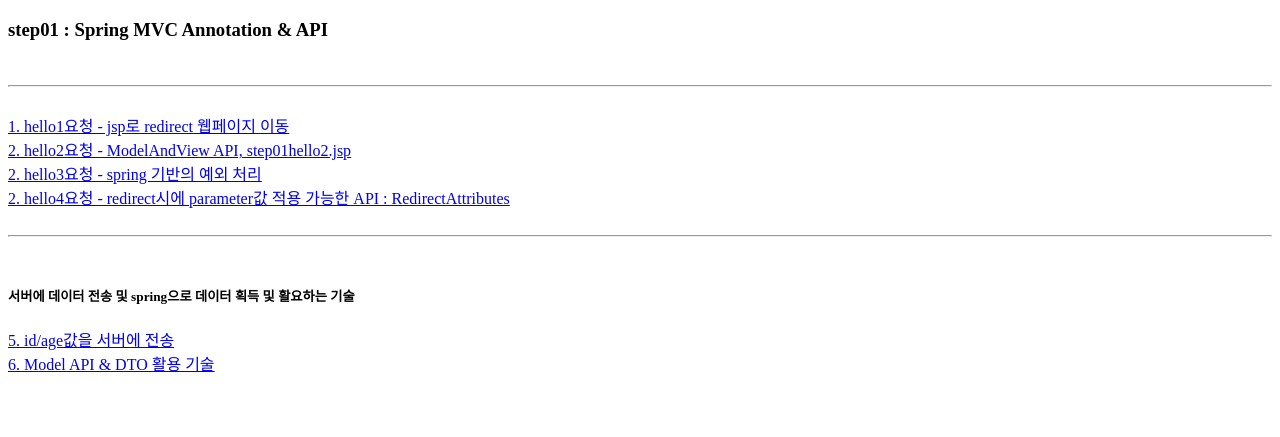
Repository: Encore-Playdata-Course/Spring
Page: step09_SpringMVC/WebContent/step01.html
An editor plug-in stored every save of this project. The page is shown before and after the next save, followed by the edit.
The browser window is 1280 px wide. The pictures show the whole page.

Above is the page before, as saved 2021-01-29 05:30:12.

After the next save:
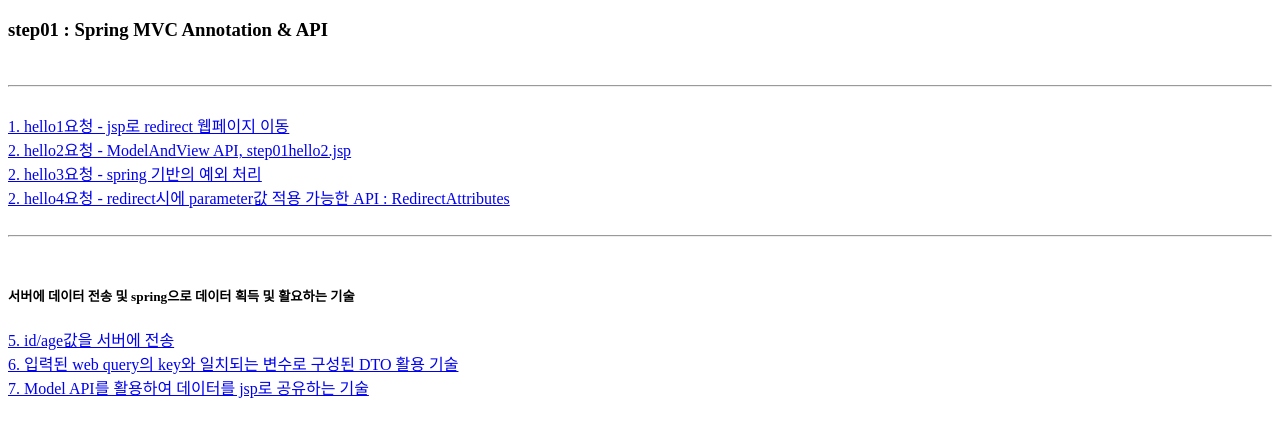
Saved 2 min 53 s later.
--- a/step09_SpringMVC/WebContent/step01.html
+++ b/step09_SpringMVC/WebContent/step01.html
@@ -24,6 +24,7 @@ a {
 	<br><hr><br>
 	<h5>서버에 데이터 전송 및 spring으로 데이터 획득 및 활요하는 기술</h5>
 	<a href="hello5?id=tester&age=10">5. id/age값을 서버에 전송</a> <br>
-	<a href="hello6?id=tester&age=100">6. Model API & DTO 활용 기술</a> <br>
+	<a href="hello6?id=tester&age=100">6. 입력된 web query의 key와 일치되는 변수로 구성된 DTO 활용 기술</a> <br>
+	<a href="hello7?id=tester&age=100">7. Model API를 활용하여 데이터를 jsp로 공유하는 기술</a> <br>
 </body>
 </html>
